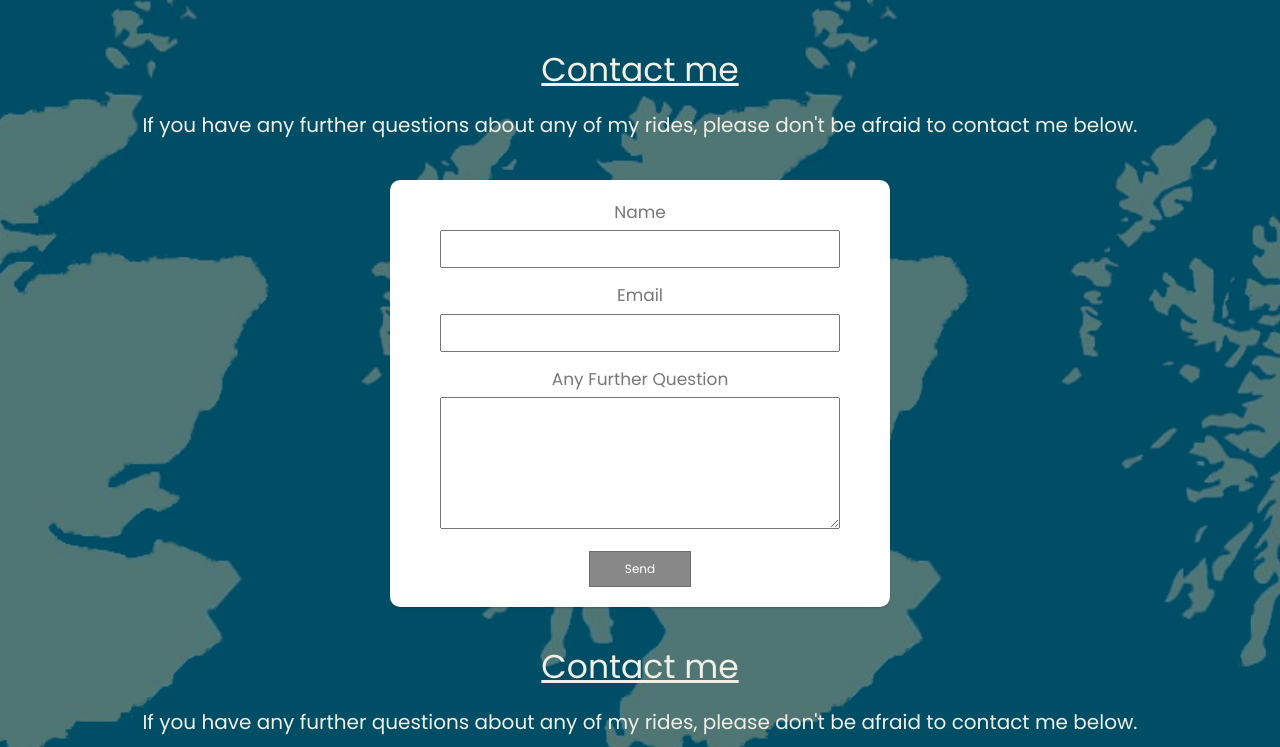
Repository: grantymartin/Bicycle-Scotland
Page: index.html
The author's editor kept a record of every edit. The page is drawn from the files as they stood at one moment, then again after the next edit.
The browser window is 1280 px wide. The pictures show the part of the page from y = 1871 to 2618 px (the page is 2618 px tall before and 2568 px after).
Backgrounds fixed to the window are drawn as part of the page. Some web libraries are served in a nearby version.

Above is the page before.
Console error: ReferenceError: emailjs is not defined

After the next edit:
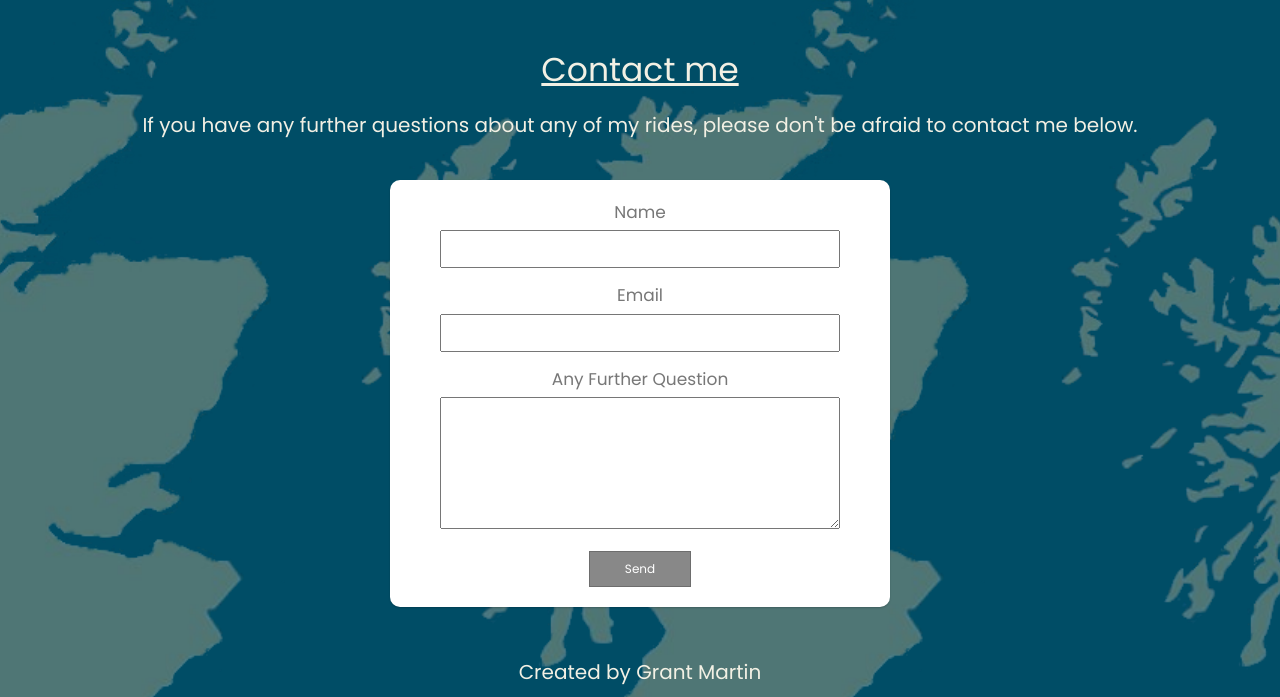
The edit:
--- a/index.html
+++ b/index.html
@@ -145,8 +145,7 @@
         <div class="container-fluid">
             <div class="row">
                 <div class="center">
-                    <h2 class="sub-title">Contact me</h2>
-                    <p class="Intro">If you have any further questions about any of my rides, please don't be afraid to contact me below.</p>
+                    <p class="Intro">Created by Grant Martin</p>
                 </div>
             </div>
         </div>
